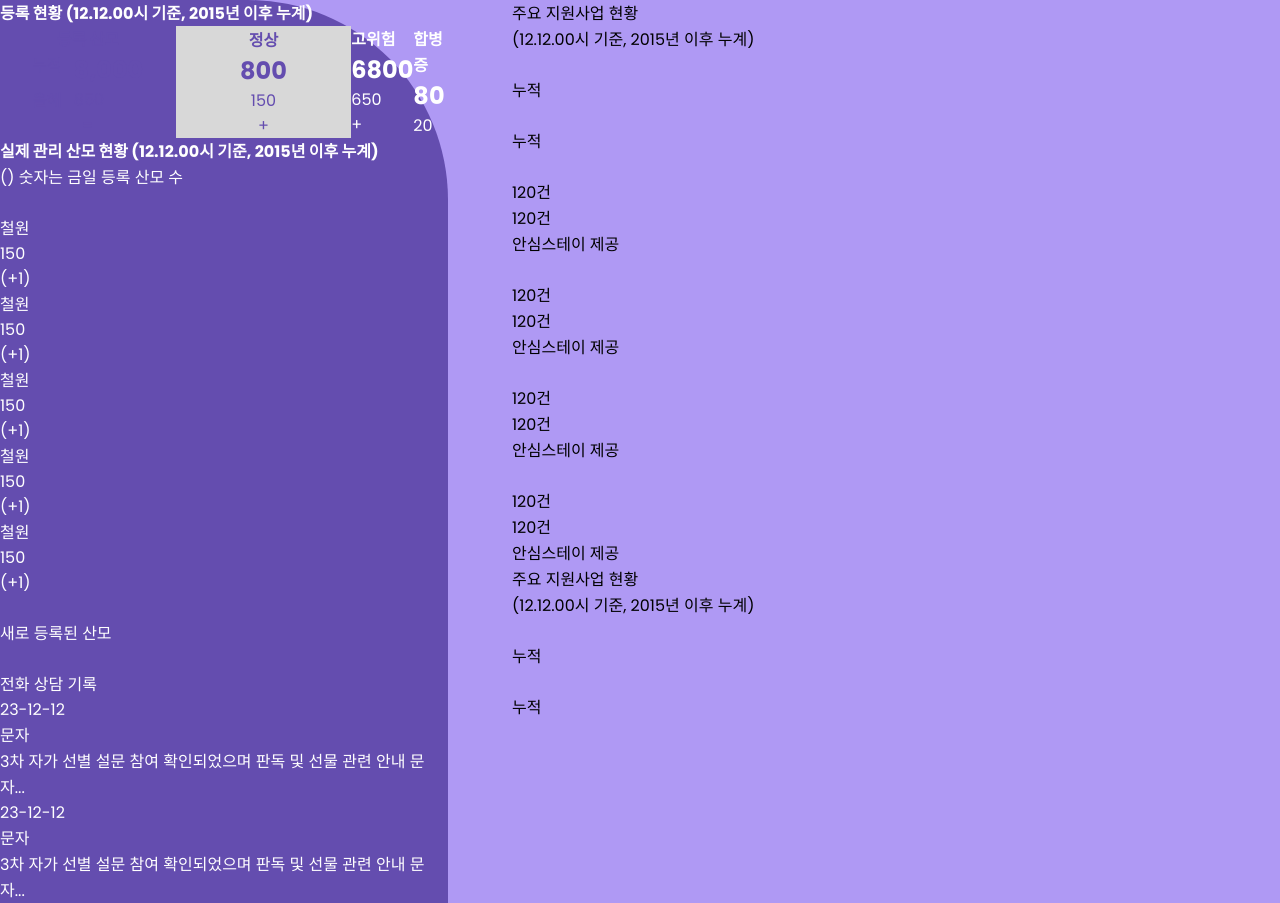
Repository: giapchicuong/Perganancy_Web
Page: index.html
These files come from the project's save history. The page is drawn as it stood at one moment and after the next save; the edit follows.
The browser window is 1280 px wide. The pictures show the whole page.

Above is the page before, as saved 2024-03-06 13:10:28.

### index.html
<!DOCTYPE html>
<html lang="en">

<head>
    <meta charset="UTF-8">
    <meta name="viewport" content="width=device-width, initial-scale=1.0">
    <title>Perganancy Web</title>
    <link rel="stylesheet" href="./assets/base.css">
    <link rel="stylesheet" href="./assets/style.css">
</head>

<body>
    <!-- .block -->
    <!-- .block__element -->
    <!-- .block__element--modifier -->
    <!-- card
    card__image
    card__description
    card__button--submit
    card__button--cancel -->
    <div class="app">
        <div class="main">
            <section class="advertising">
                <div class="advertising-left">
                    <div class="advertising-left__title">등록 현황 (12.12.00시 기준, 2015년 이후 누계)</div>
                    <div class="advertising-left__item-list">
                        <div class="advertising-left__item1">
                            <div class="advertising-left__item--signal">
                                <div class="advertising-left__item--white">
                                    <div class="advertising-left__item-title">등록 산모</div>
                                    <div class="advertising-left__item-desc">
                                        <div class="advertising-left__item-desc-text">누적</div>
                                        <div class="advertising-left__item-desc-number">8,000</div>
                                    </div>
                                </div>
                                <div class="advertising-left__item-bottom">
                                    <div class="advertising-left__item-bottom-text">올해</div>
                                    <div class="advertising-left__item-bottom-number">850</div>
                                </div>
                            </div>
                            <div class="calculation">=</div>
                        </div>
                        <div class="advertising-left__item2">
                            <div class="advertising-left__item-title">정상</div>
                            <div class="advertising-left__item-desc">
                                <div class="advertising-left__item-desc-number">800</div>
                            </div>
                            <div class="advertising-left__item-bottom">
                                <div class="advertising-left__item-bottom-number">150</div>
                            </div>
                            <div class="calculation">+</div>
                        </div>
                        <div class="advertising-left__item3">
                            <div class="advertising-left__item-title">고위험</div>
                            <div class="advertising-left__item-desc">
                                <div class="advertising-left__item-desc-number">6800</div>
                            </div>
                            <div class="advertising-left__item-bottom">
                                <div class="advertising-left__item-bottom-number">650</div>
                            </div>
                            <div class="calculation">+</div>
                        </div>
                        <div class="advertising-left__item4">
                            <div class="advertising-left__item-title">합병증</div>
                            <div class="advertising-left__item-desc">
                                <div class="advertising-left__item-desc-number">80</div>
                            </div>
                            <div class="advertising-left__item-bottom">
                                <div class="advertising-left__item-bottom-number">20</div>
                            </div>
                        </div>
                    </div>
                    <div class="advertising-left__title">실제 관리 산모 현황 (12.12.00시 기준, 2015년 이후 누계)</div>
                    <div class="advertising-left__desc">() 숫자는 금일 등록 산모 수</div>
                    <div class="advertising-left__map">
                        <img src="" alt="" class="advertising-left__map-image">
                        <div class="advertising-left__map-item-list-top">
                            <div class="advertising-left__map-item">
                                <div class="advertising-left__map-item-title">철원</div>
                                <div class="advertising-left__map-item-number">150</div>
                                <div class="advertising-left__map-item-desc">(+1)</div>
                            </div>
                            <div class="advertising-left__map-item">
                                <div class="advertising-left__map-item-title">철원</div>
                                <div class="advertising-left__map-item-number">150</div>
                                <div class="advertising-left__map-item-desc">(+1)</div>
                            </div>
                        </div>
                        <div class="advertising-left__map-item-list-center">
                            <div class="advertising-left__map-item">
                                <div class="advertising-left__map-item-title">철원</div>
                                <div class="advertising-left__map-item-number">150</div>
                                <div class="advertising-left__map-item-desc">(+1)</div>
                            </div>
                            <div class="advertising-left__map-item">
                                <div class="advertising-left__map-item-title">철원</div>
                                <div class="advertising-left__map-item-number">150</div>
                                <div class="advertising-left__map-item-desc">(+1)</div>
                            </div>
                        </div>
                        <div class="advertising-left__map-item-list-botom">
                            <div class="advertising-left__map-item">
                                <div class="advertising-left__map-item-title">철원</div>
                                <div class="advertising-left__map-item-number">150</div>
                                <div class="advertising-left__map-item-desc">(+1)</div>
                            </div>
                        </div>
                    </div>
                    <div class="advertising-left__box">
                        <div class="advertising-left__box-title">
                            <img src="" alt="" class="advertising-left__box-title-icon">
                            <div class="advertising-left__box-title-text">새로 등록된 산모</div>
                        </div>
                        <div class="advertising-left__box-message-list">
                            <div class="advertising-left__box-message-item">
                                <div class="advertising-left__box-message-item-date"></div>
                                <div class="advertising-left__box-message-item-text"></div>
                            </div>
                        </div>
                    </div>
                    <div class="advertising-left__box">
                        <div class="advertising-left__box-title">
                            <img src="" alt="" class="advertising-left__box-title-icon">
                            <div class="advertising-left__box-title-text">전화 상담 기록</div>
                        </div>
                        <div class="advertising-left__box-message-list">
                            <div class="advertising-left__box-message-item">
                                <div class="advertising-left__box-message-item-date">23-12-12</div>
                                <div class="advertising-left__box-message-item-name">문자</div>
                                <div class="advertising-left__box-message-item-text">3차 자가 선별 설문 참여 확인되었으며 판독 및 선물 관련 안내
                                    문자...</div>
                            </div>
                            <div class="advertising-left__box-message-item">
                                <div class="advertising-left__box-message-item-date">23-12-12</div>
                                <div class="advertising-left__box-message-item-name">문자</div>
                                <div class="advertising-left__box-message-item-text">3차 자가 선별 설문 참여 확인되었으며 판독 및 선물 관련 안내
                                    문자...</div>
                            </div>
                        </div>
                    </div>
                </div>
                <div class="advertising-right">
                    <div class="advertising-right-item">
                        <div class="advertising-right-item-top">
                            <div class="advertising-right-item-top-left">
                                <div class="advertising-right-item-top__title">주요 지원사업 현황</div>
                                <div class="advertising-right-item-top__desc">(12.12.00시 기준, 2015년 이후 누계)</div>
                            </div>
                            <div class="advertising-right-item-top-right">
                                <div class="advertising-right-item-top-item">
                                    <img src="" alt="" class="advertising-right-item-top-item__icon">
                                    <div class="advertising-right-item-top-item__text">누적</div>
                                </div>
                                <div class="advertising-right-item-top-item">
                                    <img src="" alt="" class="advertising-right-item-top-item__icon">
                                    <div class="advertising-right-item-top-item__text">누적</div>
                                </div>
                            </div>
                        </div>
                        <div class="advertising-right-item-card-list">
                            <div class="advertising-right-item-card">
                                <div class="advertising-right-item-card-provide">
                                    <img src="" alt="" class="advertising-right-item-card__image">
                                    <div class="advertising-right-item-card__image-number">
                                        <div class="advertising-right-item-card__image-number-large">120건</div>
                                        <div class="advertising-right-item-card__image-number-small">120건</div>
                                    </div>
                                </div>
                                <div class="advertising-right-item-card-content">안심스테이 제공</div>
                            </div>
                            <div class="advertising-right-item-card">
                                <div class="advertising-right-item-card-provide">
                                    <img src="" alt="" class="advertising-right-item-card__image">
                                    <div class="advertising-right-item-card__image-number">
                                        <div class="advertising-right-item-card__image-number-large">120건</div>
                                        <div class="advertising-right-item-card__image-number-small">120건</div>
                                    </div>
                                </div>
                                <div class="advertising-right-item-card-content">안심스테이 제공</div>
                            </div>
                            <div class="advertising-right-item-card">
                                <div class="advertising-right-item-card-provide">
                                    <img src="" alt="" class="advertising-right-item-card__image">
                                    <div class="advertising-right-item-card__image-number">
                                        <div class="advertising-right-item-card__image-number-large">120건</div>
                                        <div class="advertising-right-item-card__image-number-small">120건</div>
                                    </div>
                                </div>
                                <div class="advertising-right-item-card-content">안심스테이 제공</div>
                            </div>
                            <div class="advertising-right-item-card">
                                <div class="advertising-right-item-card-provide">
                                    <img src="" alt="" class="advertising-right-item-card__image">
                                    <div class="advertising-right-item-card__image-number">
                                        <div class="advertising-right-item-card__image-number-large">120건</div>
                                        <div class="advertising-right-item-card__image-number-small">120건</div>
                                    </div>
                                </div>
                                <div class="advertising-right-item-card-content">안심스테이 제공</div>
                            </div>
                        </div>
                    </div>
                    <div class="advertising-right-item">
                        <div class="advertising-right-item-top">
                            <div class="advertising-right-item-top-left">
                                <div class="advertising-right-item-top__title">주요 지원사업 현황</div>
                                <div class="advertising-right-item-top__desc">(12.12.00시 기준, 2015년 이후 누계)</div>
                            </div>
                            <div class="advertising-right-item-top-right">
                                <div class="advertising-right-item-top-item">
                                    <img src="" alt="" class="advertising-right-item-top-item__icon">
                                    <div class="advertising-right-item-top-item__text">누적</div>
                                </div>
                                <div class="advertising-right-item-top-item">
                                    <img src="" alt="" class="advertising-right-item-top-item__icon">
                                    <div class="advertising-right-item-top-item__text">누적</div>
                                </div>
                            </div>
                        </div>
                        <div class="advertising-right-item__btn-list">
                            <div class="advertising-right-item__btn-item">
                                <div class="advertising-right-item__btn">
                                    <img src="" alt="" class="advertising-right-item__btn-icon" />
                                    <div class="advertising-right-item__btn-text"></div>
                                    <div class="advertising-right-item__btn-notification"></div>
                                </div>
                                <div class="advertising-right-item__btn-content"></div>
                            </div>
                            <div class="advertising-right-item__btn-item">
                                <div class="advertising-right-item__btn">
                                    <img src="" alt="" class="advertising-right-item__btn-icon" />
                                    <div class="advertising-right-item__btn-text"></div>
                                    <div class="advertising-right-item__btn-notification"></div>
                                </div>
                                <div class="advertising-right-item__btn-content"></div>
                            </div>
                            <div class="advertising-right-item__btn-item">
                                <div class="advertising-right-item__btn">
                                    <img src="" alt="" class="advertising-right-item__btn-icon" />
                                    <div class="advertising-right-item__btn-text"></div>
                                    <div class="advertising-right-item__btn-notification"></div>
                                </div>
                                <div class="advertising-right-item__btn-content"></div>
                            </div>
                            <div class="advertising-right-item__btn-item">
                                <div class="advertising-right-item__btn">
                                    <img src="" alt="" class="advertising-right-item__btn-icon" />
                                    <div class="advertising-right-item__btn-text"></div>
                                    <div class="advertising-right-item__btn-notification"></div>
                                </div>
                                <div class="advertising-right-item__btn-content"></div>
                            </div>
                        </div>
                    </div>
                    <div class="advertising-right-item">
                        <div class="advertising-right-item-left">
                            <div class="advertising-right-item-left-text">
                                <div class="advertising-right-item-left__title"></div>
                                <div class="advertising-right-item-desc"></div>
                            </div>
                            <div class="advertising-right-item-number"></div>
                        </div>
                        <div class="advertising-right-item-right">

                        </div>
                    </div>
                    <div class="advertising-right-item">
                        <div class="advertising-right-item-message-list">
                            <div class="advertising-right-item-message-item">
                                <div class="advertising-right-item-message-text">
                                    <div class="advertising-right-item-message__title"></div>
                                    <div class="advertising-right-item-message__desc"></div>
                                </div>
                                <div class="advertising-right-item-message-number">
                                    <div class="advertising-right-item-message-number-icon"></div>
                                    <div class="advertising-right-item-message-number-text"></div>
                                    <div class="advertising-right-item-message-number-case"></div>
                                </div>
                            </div>
                            <div class="advertising-right-item-message-item">
                                <div class="advertising-right-item-message-text">
                                    <div class="advertising-right-item-message__title"></div>
                                    <div class="advertising-right-item-message__desc"></div>
                                </div>
                                <div class="advertising-right-item-message-number">
                                    <div class="advertising-right-item-message-number-icon"></div>
                                    <div class="advertising-right-item-message-number-text"></div>
                                    <div class="advertising-right-item-message-number-case"></div>
                                </div>
                            </div>
                        </div>
                    </div>
                </div>
            </section>
        </div>
    </div>
</body>

</html>

### assets/base.css
@import url('https://fonts.googleapis.com/css2?family=Poppins:ital,wght@0,100;0,200;0,300;0,400;0,500;0,600;0,700;0,800;0,900;1,100;1,200; 1.300;1.400;1.500;1.600;1.700;1.800;1.900&display=swap');

* {
    margin: 0;
    padding: 0;
    box-sizing: border-box;
    font-family: 'Poppins' , sans-serif;
    background-repeat: no-repeat;
    background-position: 40% ;
}
html, body {
    width: 100%;
    height: 100%;
    background-attachment: fixed;
    /* background-size: cover; */
}
:root {
    --primary: #644DAF;
    --secondary: #AF99F4;
    --purple: #E7E3FF;
    --lightPurple: #E6E6FA;
    --pink: #EF9C98;
    --white: #FFFFFF;
    --gray: #D8D8D8;
    --gray2: #EBEBEB;
    --gray3: #F4F4F4;
}

### assets/style.css
.advertising {
    display: flex;
    gap: 0% 5%;

}
.main {
    background-color: var(--secondary);
    height: 100%;
    background-size: cover;
}
.advertising-left {
    width: 35%;
    background-color: var(--primary);
    border-top-right-radius: 200px 200px;
    color: var(--white);
}
.advertising-left__title{
    font-weight: bold;

}
.advertising-left__item-list{
    display: flex;
}
.advertising-left__item1{
    display: flex;
    flex-direction: column;
    justify-content: center;
    align-items: center;
    width: 50%;
    background-color: var(--white);
    color: var(--primary)
}
.advertising-left__item2 {
    display: flex;
    flex-direction: column;
    justify-content: center;
    align-items: center;
    width: 50%;
    background-color: var(--gray);
    color: var(--primary)
}
.advertising-left__item1 {
    display: flex;
    flex-direction: column;
    justify-content: center;
    align-items: center;
    width: 50%;
    background-color: var(--gray2);
    color: var(--primary)
}
.advertising-left__item1 {
    display: flex;
    flex-direction: column;
    justify-content: center;
    align-items: center;
    width: 50%;
    background-color: var(--gray3);
    color: var(--primary)
}
.advertising-left__item1 {
    display: flex;
    flex-direction: column;
    justify-content: center;
    align-items: center;
    width: 50%;
    background-color: var(--gray4);
    color: var(--primary)
}
.advertising-left__item--signal{
    display: flex;
    flex-direction: column;
}
.advertising-left__item--white{
    display: flex;
    flex-direction: column;
    justify-content: center;
    align-items: center;
}
.advertising-left__item{

}
.advertising-left__item-title{
    font-weight: bold;
    font-size: 16px;
}
.advertising-left__item-desc{
    display: flex;
    gap: 12px;
}
.advertising-left__item-desc-text{

}
.advertising-left__item-desc-number{
    font-size: 24px;
    font-weight: bold;
}
.advertising-left__item-bottom{
    display: flex;
    gap: 12px;
}

After the next save:
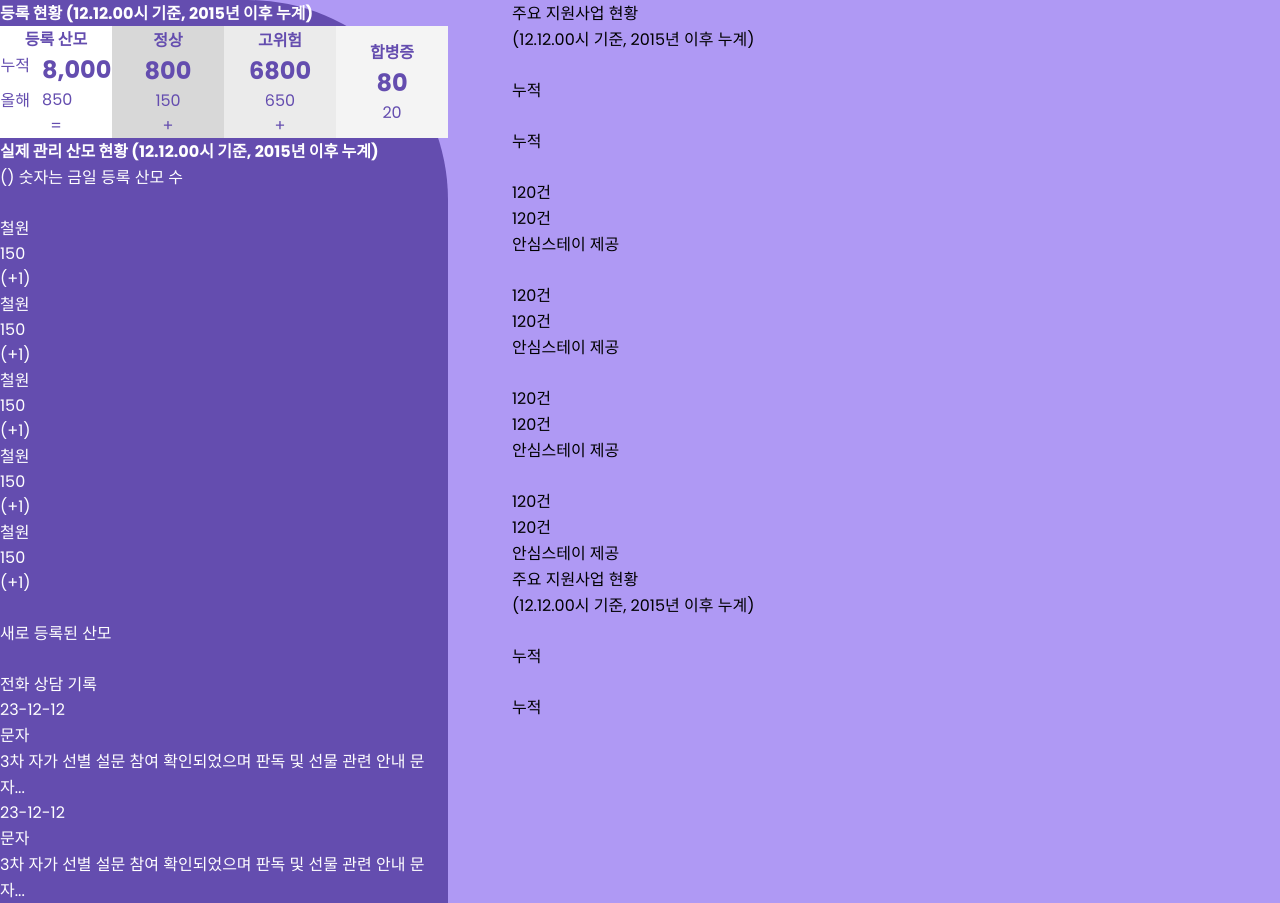
Saved 49 s later.
--- a/assets/style.css
+++ b/assets/style.css
@@ -39,7 +39,7 @@
     background-color: var(--gray);
     color: var(--primary)
 }
-.advertising-left__item1 {
+.advertising-left__item3 {
     display: flex;
     flex-direction: column;
     justify-content: center;
@@ -48,22 +48,13 @@
     background-color: var(--gray2);
     color: var(--primary)
 }
-.advertising-left__item1 {
+.advertising-left__item4 {
     display: flex;
     flex-direction: column;
     justify-content: center;
     align-items: center;
     width: 50%;
     background-color: var(--gray3);
-    color: var(--primary)
-}
-.advertising-left__item1 {
-    display: flex;
-    flex-direction: column;
-    justify-content: center;
-    align-items: center;
-    width: 50%;
-    background-color: var(--gray4);
     color: var(--primary)
 }
 .advertising-left__item--signal{
